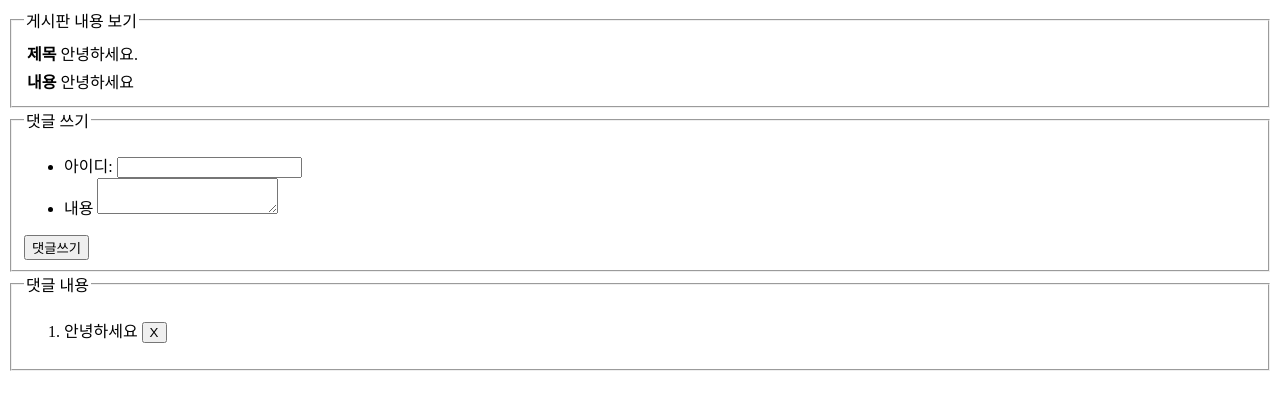
Repository: tjdwns3710/BigData_JobLink
Page: http://localhost/Day0717s/board/view.jsp
An editor plug-in stored every save of this project. The page is shown before and after the next save, followed by the edit.
The browser window is 1280 px wide. The pictures show the whole page.
The page is served by Tomcat 9. Other server files are loaded and not shown.

Above is the page before, as saved 2017-07-20 04:09:00.

### java/workspace/Day0717s/WebContent/board/view.jsp
<%@ page language="java" contentType="text/html; charset=UTF-8"
    pageEncoding="UTF-8"%>

<!DOCTYPE html PUBLIC "-//W3C//DTD HTML 4.01 Transitional//EN" "http://www.w3.org/TR/html4/loose.dtd">
<html>
<head>
<meta http-equiv="Content-Type" content="text/html; charset=UTF-8">
<title>Insert title here</title>
<script src="../js/jquery-3.2.1.min.js"></script>
<script>
/* 이 밑에 html의 트리구조가 완성됬을 때 이 함수가 불려진다 */
// $(document).ready(function(){});

$(function(){
   // 이게 준비가 되면 ajax를 시작하겠다.
   // 댓글 쓰기---------------------------------
   $("#write").click(function(){
      alert("하이");
      $.ajax({
         url : "../writecomments.kdata",
         // 데이터 보내기 (아이디, 내용, 게시판 글번호)
         data : {"id": $("#id").val(),
            "comments": $("#comments").val(),
            "num" : 1},
		dataType:"json",
         success : function(data){

        	 $.each(data, function(index, item){
        		//console.log(index);
        		console.log(item.id);
        	 });

         },
         error : function(){}
      });
   });

   // ---------------------------------------
});

</script>
</head>
<body>

<fieldset>
   <legend> 게시판 내용 보기</legend>
   <table>
      <tr>
         <th>제목</th>
         <td>안녕하세요.</td>
      </tr>
      <tr>
         <th>내용</th>
         <td>안녕하세요</td>
      </tr>
   </table>
</fieldset>
<fieldset>
   <legend> 댓글 쓰기</legend>
   <form>
   <ul>
      <li>아이디: <input type ="text" name="id" id = "id"><br>
      <li>내용   <textarea name="comment" id="comments" ></textarea>
   </ul>
   <input type = "button" value="댓글쓰기" id="write">
   </form>
</fieldset>
<fieldset>
   <legend>댓글 내용</legend>
   <ol>
      <li>안녕하세요
      <input type = "button" value="X">
   </ol>
</fieldset>
</body>
</html>

Loaded but not shown: java/workspace/Day0717s/WebContent/js/jquery-3.2.1.min.js (library)

After the next save:
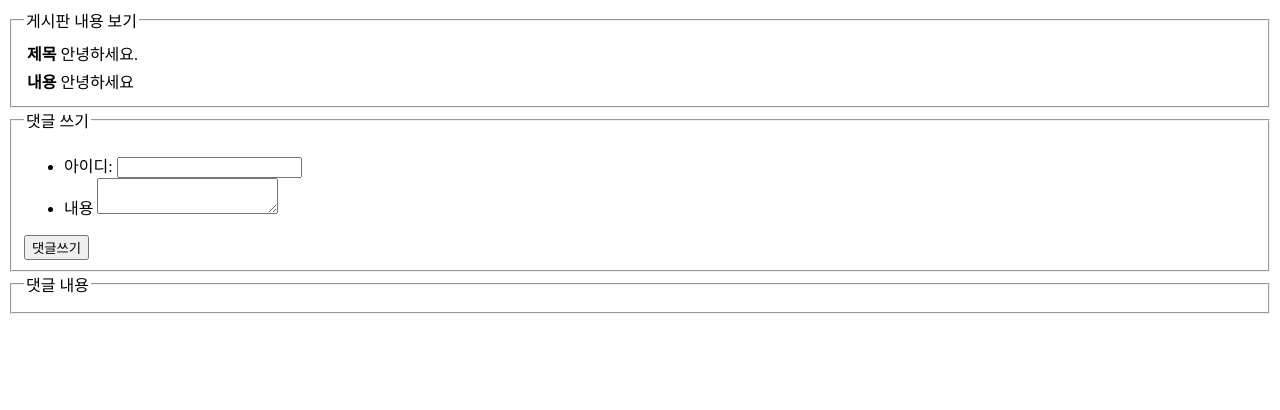
Saved 4 min 52 s later.
--- a/java/workspace/Day0717s/WebContent/board/view.jsp
+++ b/java/workspace/Day0717s/WebContent/board/view.jsp
@@ -25,11 +25,14 @@ $(function(){
 		dataType:"json",
          success : function(data){
 
+        	 var str = "<table>"
         	 $.each(data, function(index, item){
         		//console.log(index);
         		console.log(item.id);
         	 });
+        	 str = str + "</table>"
 
+        	 $("#list").html(str);
          },
          error : function(){}
       });
@@ -67,10 +70,11 @@ $(function(){
 </fieldset>
 <fieldset>
    <legend>댓글 내용</legend>
-   <ol>
+   <!-- <ol>
       <li>안녕하세요
       <input type = "button" value="X">
-   </ol>
+   </ol> -->
+   <div id="list"></div>
 </fieldset>
 </body>
 </html>
